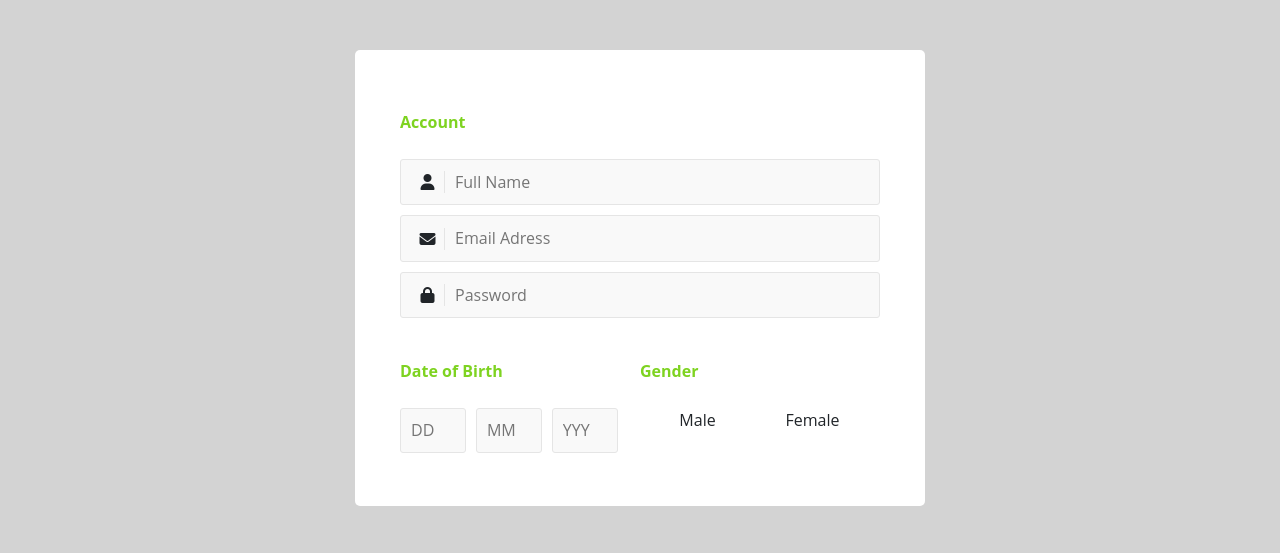
Repository: letrongtinh27/LapTrinhWeb
Page: Payment/index.html
The author's editor kept a copy of each file at every save. The page is drawn from the files as they stood at one save, then again after the next save.
The browser window is 1280 px wide. The pictures show the whole page.

Above is the page before, as saved 2022-10-11 21:43:10.

After the next save:
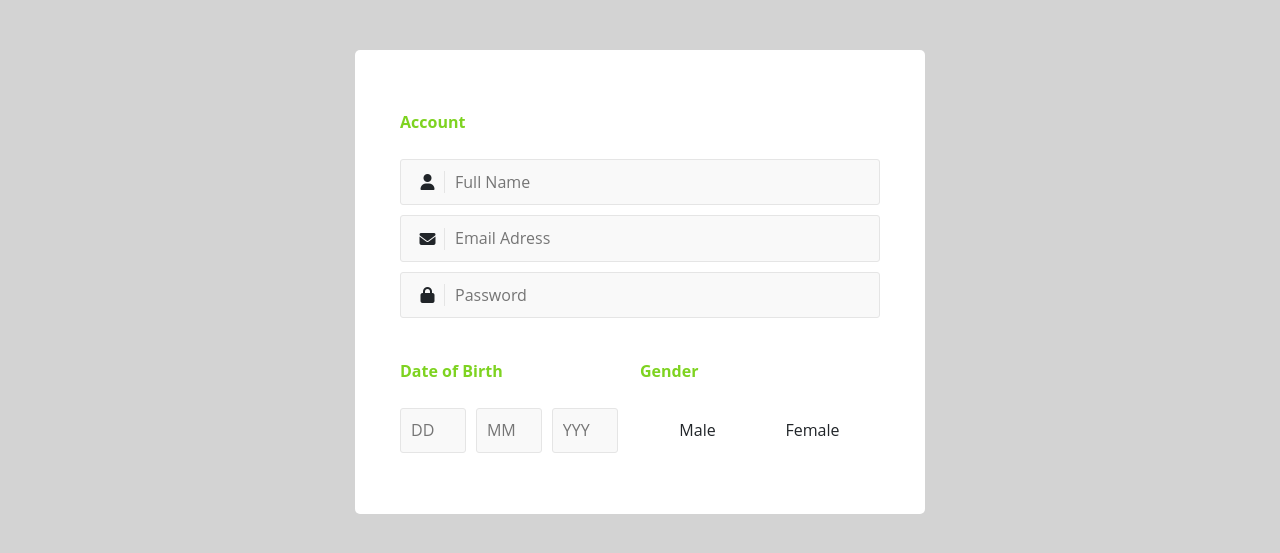
Saved 13 s later.
--- a/Payment/style.css
+++ b/Payment/style.css
@@ -99,7 +99,7 @@ body {
     display: inline-block;
     width: 50%;
     height: 53px;
-    margin: 0 auto;
+    padding-top: 10px;
     text-align: center;
     float: left;
     border-radius: 0;
